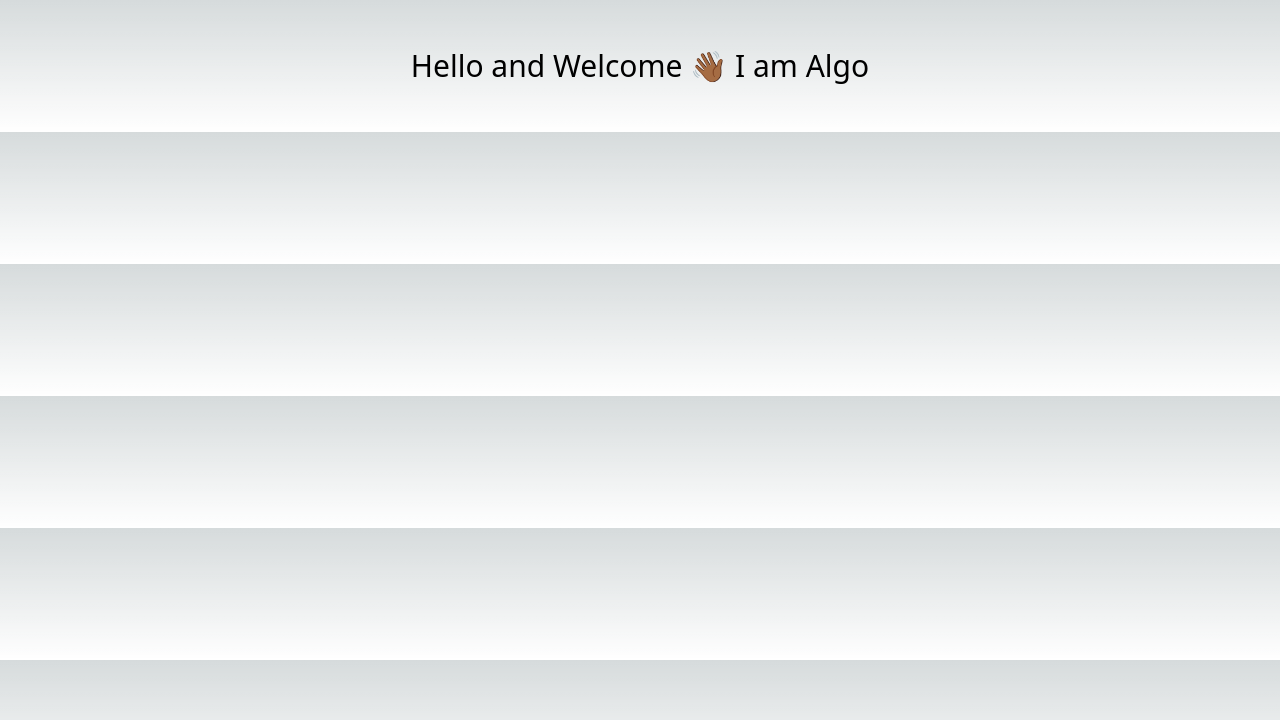
Repository: AlgoHussle/glob-alog
Page: /
The author's editor kept a copy of each file at every save. The page is drawn from the files as they stood at one save, then again after the next save.
The browser window is 1280 px wide. The pictures show the whole page.
The project was rebuilt for these pictures with package versions that can differ from the ones it lists, and the page was loaded fresh each time. The framework's server and built-in components were replaced by stand-ins that run in the browser. Also part of the build but not shown: next.config.js.

Above is the page before, as saved 2023-05-04 13:48:11.

### app/layout.tsx
import './globals.css'
import NavBar from './components/NavBar'


export const metadata = {
  title: 'Create Next App',
  description: 'Generated by create next app',
}

export default function RootLayout({
  children,
}: {
  children: React.ReactNode
}) {
  return (
    <html lang="en">
      <body className="dark:bg-slate-800">
        {children}
      </body>
    </html>
  )
}

### app/page.tsx

export default function Home() {
  return (
    <main className="px-6 mx-auto">
      <p className="mt-12 mb-12 text-3xl text-center dark:text-white">
        Hello and Welcome 👋🏾&nbsp;
        <span className="whitespace-nowrap">
          I am <span>Algo</span>
        </span>
      </p>
    </main>
  )
}

### app/components/NavBar.tsx

import Link from 'next/link'
import {FaYoutube, FaTwitter, FaGithub, FaLaptop } from 'react-icons/fa'

export default function NavBar() {
  return (
    <nav className='bg-slate-600 p-4 sticky top-0 drop-shadow-xl z-10'>
        <div className='prose prose-xl mx-auto flex justify-between flex-col sm:flex-row'>
            <h1 className='text-3xl font-bold text-white grid place-content-center mb-2 md:mb-0' >
            <Link
                href="/"
                className='text-white/90 no-underline hover:text-white'
                >
                Algo Hussle
            </Link>
            </h1>
            <div className='flex justify-center sm:justify-evenly align-middle gap-4 text-white text-4l lg:text-5xl'>
                <Link
                className='text-white/90 hover:text-white'
                href='https://www.youtube.com/channel/UC4euJsl4HCjh4TGdiX8hRqA'>
                    <FaYoutube />
                </Link>
                <Link
                className='text-white/90 hover:text-white'
                href='https://twitter.com/bankrollmiyagi'>
                    <FaTwitter />
                </Link>
                <Link
                className='text-white/90 hover:text-white'
                href='https://mikepage.vercel.app/'
                >
                    <FaLaptop />
                </Link>
                <Link
                className='text-white/90 hover:text-white'
                href='https://github.com/AlgoHussle'
                >
                    <FaGithub />
                </Link>
                </div>
        </div>
    </nav>
  )
}

Loaded but not shown: app/globals.css (common file); tailwind.config.js (common file)

After the next save:
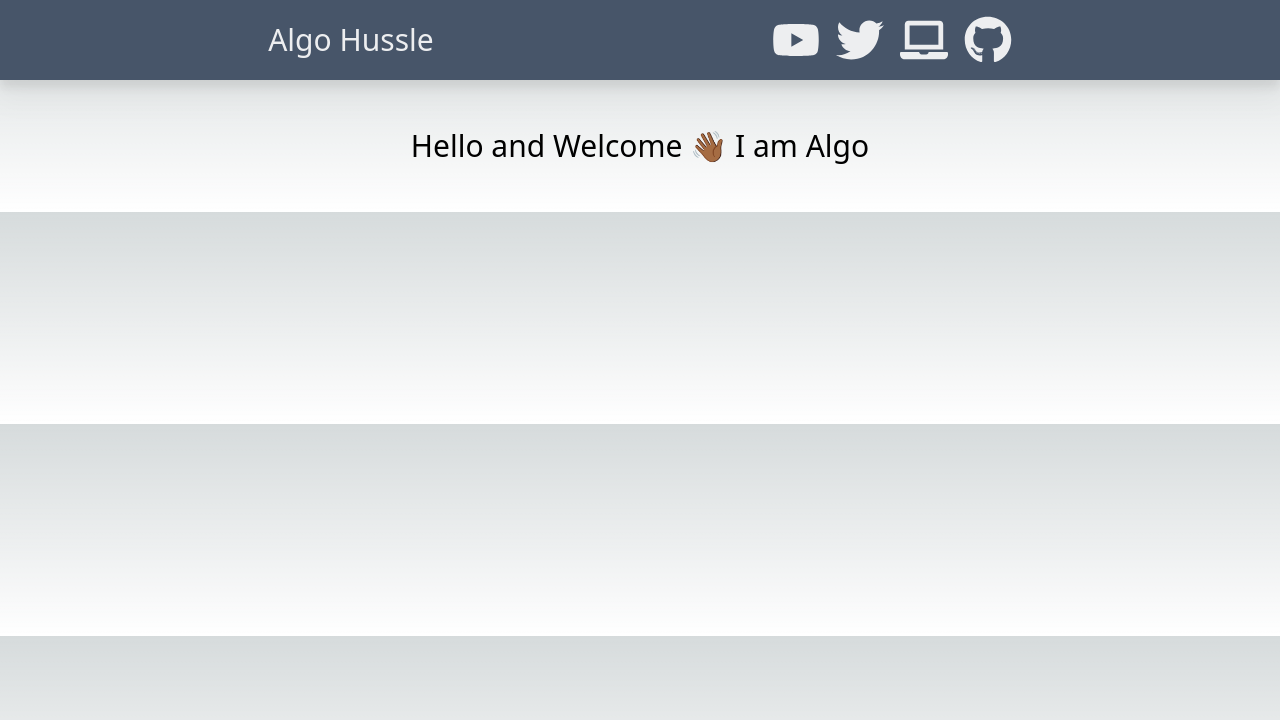
Saved 8 s later.
--- a/app/layout.tsx
+++ b/app/layout.tsx
@@ -15,6 +15,7 @@ export default function RootLayout({
   return (
     <html lang="en">
       <body className="dark:bg-slate-800">
+        <NavBar />
         {children}
       </body>
     </html>
